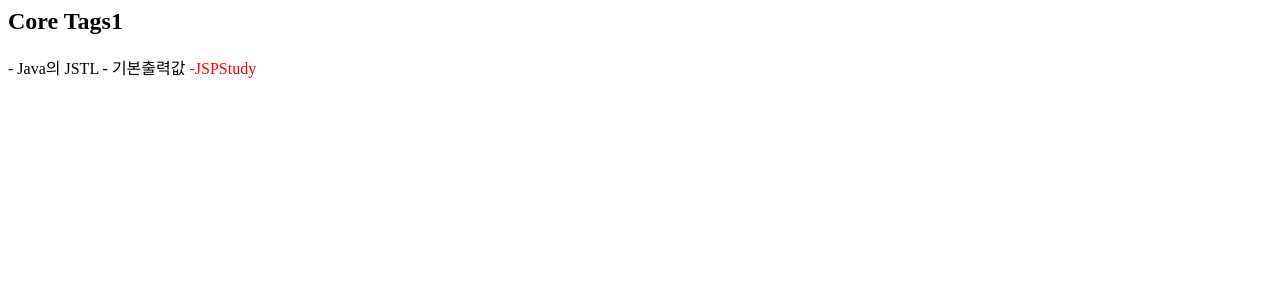
Repository: zboizz/JAVA_practice
Page: http://localhost/myapp/jstl/coreTag1.jsp
These files come from the project's save history. The page is drawn as it stood at one moment and after the next save; the edit follows.
The browser window is 1280 px wide. The pictures show the whole page.
The page is served by Tomcat 9. Nobody is signed in. The application's start-up code is not run.

Above is the page before, as saved 2020-01-02 05:57:54.

### myapp/WebContent/jstl/coreTag1.jsp
<!-- coreTags1.jsp -->
<%@ page contentType="text/html; charset=EUC-KR"%>
<%@taglib prefix="c" uri="http://java.sun.com/jsp/jstl/core"%>
<!-- prefix를 작성할때 core인 경우에는 관례적으로 c 를 사용 -->
<%
		request.setCharacterEncoding("EUC-KR");
		String str1 = "Java의 JSTL";
		String str2 = null;
%>
<h2>Core Tags1</h2>
<!-- 4개의 저장소에 변수를 선언 -->
<c:set var="str3" value="JSPStudy" scope="page"/>
<c:set var="str4" value="JSTL" scope="session"/>
<!-- 변수의 출력 -->
- <c:out value="<%=str1%>" default="기본출력값"/>
- <c:out value="<%=str2%>" default="기본출력값"/>

<!-- 변수를 저장소에서 삭제 -->
<c:remove var="str4"/>
<%String s = (String)pageContext.getAttribute("str3");%>
<font color="red">-<%=s%></font>

After the next save:
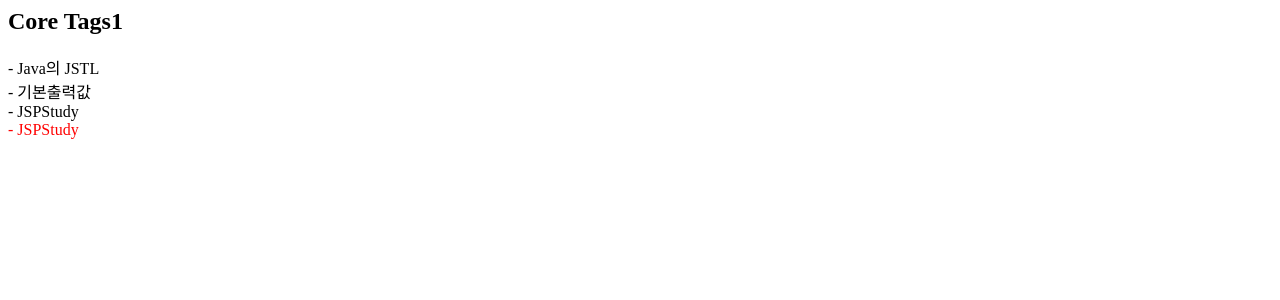
Saved 2 min 55 s later.
--- a/myapp/WebContent/jstl/coreTag1.jsp
+++ b/myapp/WebContent/jstl/coreTag1.jsp
@@ -12,10 +12,10 @@
 <c:set var="str3" value="JSPStudy" scope="page"/>
 <c:set var="str4" value="JSTL" scope="session"/>
 <!-- 변수의 출력 -->
-- <c:out value="<%=str1%>" default="기본출력값"/>
-- <c:out value="<%=str2%>" default="기본출력값"/>
-
-<!-- 변수를 저장소에서 삭제 -->
-<c:remove var="str4"/>
-<%String s = (String)pageContext.getAttribute("str3");%>
-<font color="red">-<%=s%></font>
+ - <c:out value="<%=str1%>" default="기본출력값"/><br/>
+ - <c:out value="<%=str2%>" default="기본출력값"/><br/>
+ - <c:out value="${str3}" default="기본출력값"/><br/>
+ <!-- 변수를 저장소에서 삭제 -->
+ <c:remove var="str4"/>
+ <%String s = (String)pageContext.getAttribute("str3");%>
+<font color="red">- <%=s%></font>
